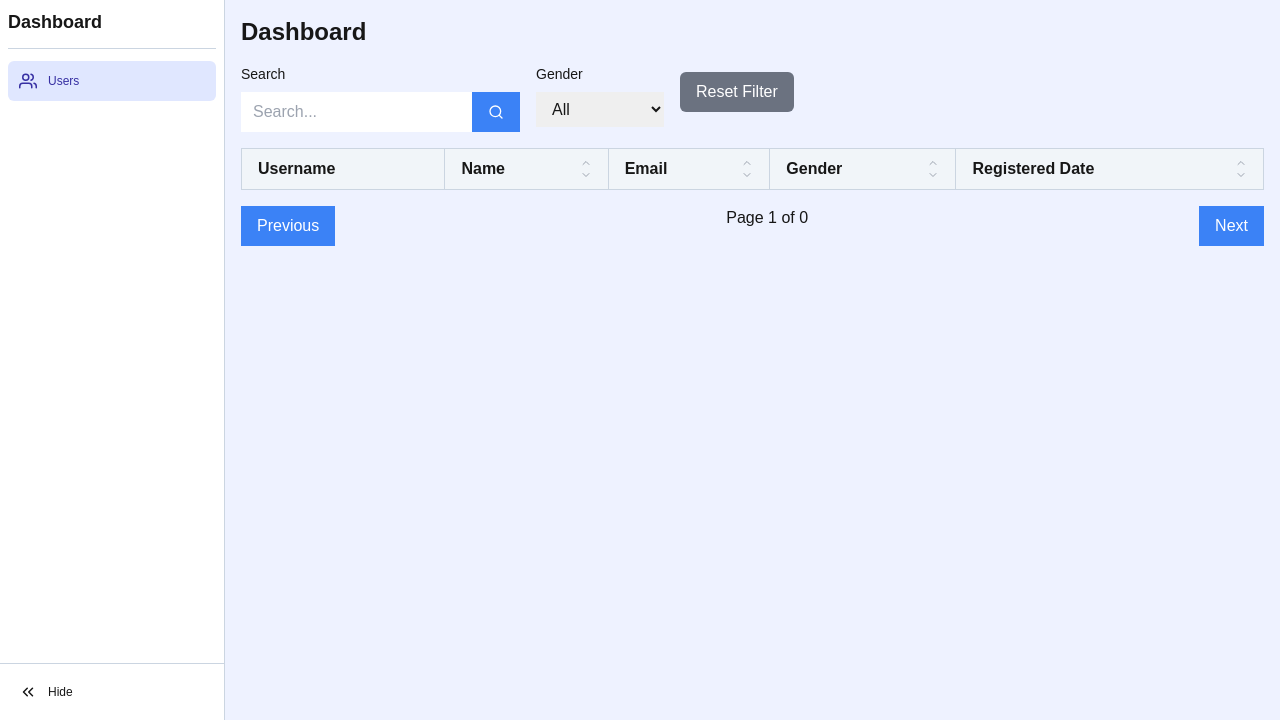
Repository: Ademaulana100499/userdashboard
Page: /
An editor plug-in stored every save of this project. The page is shown before and after the next save, followed by the edit.
The browser window is 1280 px wide. The pictures show the whole page.
The page's requests for data from a server got no answer. The project was rebuilt for these pictures with package versions that can differ from the ones it lists, and the page was loaded fresh each time. The framework's server and built-in components were replaced by stand-ins that run in the browser. No one was signed in, and anything a server would have sent is missing. Also part of the build but not shown: next.config.mjs.

Above is the page before, as saved 2025-02-14 22:08:35.

### src/pages/index.js
import React from "react";
import Sidebar from "@/components/Sidebar";
import DashboardContent from "@/components/DashboardContent";
const Dashboard = () => {
  return (
    <div className="flex bg-indigo-50">
      <Sidebar />
      <DashboardContent />
    </div>
  );
};

export default Dashboard;

### src/components/Sidebar.jsx
import React, { useState } from "react";
import { FiChevronsRight, FiUsers } from "react-icons/fi";
import { motion } from "framer-motion";
const Sidebar = () => {
  const [open, setOpen] = useState(true);
  const [selected, setSelected] = useState("Users");

  return (
    <motion.nav
      layout
      className="sticky top-0 h-screen shrink-0 border-r border-slate-300 bg-white p-2"
      style={{
        width: open ? "225px" : "fit-content",
      }}>
      <TitleSection open={open} />

      <div className="space-y-1">
        <Option
          Icon={FiUsers}
          title="Users"
          selected={selected}
          setSelected={setSelected}
          open={open}
        />
      </div>

      <ToggleClose open={open} setOpen={setOpen} />
    </motion.nav>
  );
};

const Option = ({ Icon, title, selected, setSelected, open, notifs }) => {
  return (
    <motion.button
      layout
      onClick={() => setSelected(title)}
      className={`relative flex h-10 w-full items-center rounded-md transition-colors ${
        selected === title
          ? "bg-indigo-100 text-indigo-800"
          : "text-slate-500 hover:bg-slate-100"
      }`}>
      <motion.div
        layout
        className="grid h-full w-10 place-content-center text-lg">
        <Icon />
      </motion.div>
      {open && (
        <motion.span
          layout
          initial={{ opacity: 0, y: 12 }}
          animate={{ opacity: 1, y: 0 }}
          transition={{ delay: 0.125 }}
          className="text-xs font-medium">
          {title}
        </motion.span>
      )}

      {notifs && open && (
        <motion.span
          initial={{ scale: 0, opacity: 0 }}
          animate={{
            opacity: 1,
            scale: 1,
          }}
          style={{ y: "-50%" }}
          transition={{ delay: 0.5 }}
          className="absolute right-2 top-1/2 size-4 rounded bg-indigo-500 text-xs text-white">
          {notifs}
        </motion.span>
      )}
    </motion.button>
  );
};

const TitleSection = ({ open }) => {
  return (
    <div className="mb-3 border-b border-slate-300 pb-3">
      <div className="flex cursor-pointer items-center justify-between rounded-md transition-colors hover:bg-slate-100">
        <div className="flex justify-center items-center">
          {open && (
            <motion.div
              layout
              initial={{ opacity: 0, y: 12 }}
              animate={{ opacity: 1, y: 0 }}
              transition={{ delay: 0.125 }}>
              <span className="block text-lg font-semibold">Dashboard</span>
            </motion.div>
          )}
        </div>
      </div>
    </div>
  );
};

const ToggleClose = ({ open, setOpen }) => {
  return (
    <motion.button
      layout
      onClick={() => setOpen((pv) => !pv)}
      className="absolute bottom-0 left-0 right-0 border-t border-slate-300 transition-colors hover:bg-slate-100">
      <div className="flex items-center p-2">
        <motion.div
          layout
          className="grid size-10 place-content-center text-lg">
          <FiChevronsRight
            className={`transition-transform ${open && "rotate-180"}`}
          />
        </motion.div>
        {open && (
          <motion.span
            layout
            initial={{ opacity: 0, y: 12 }}
            animate={{ opacity: 1, y: 0 }}
            transition={{ delay: 0.125 }}
            className="text-xs font-medium">
            Hide
          </motion.span>
        )}
      </div>
    </motion.button>
  );
};

export default Sidebar;

### src/components/DashboardContent.jsx
import { FiChevronUp, FiChevronDown } from "react-icons/fi";
import { useState, useEffect } from "react";
import { FiSearch } from "react-icons/fi";

const DashboardContent = () => {
  const [data, setData] = useState([]);
  const [filteredData, setFilteredData] = useState([]); // For filtered data
  const [sortConfig, setSortConfig] = useState({ key: null, direction: null });
  const [selectedGender, setSelectedGender] = useState("all"); // Gender filter state
  const [searchKeyword, setSearchKeyword] = useState(""); // For search keyword
  const [currentPage, setCurrentPage] = useState(1); // Track current page
  const itemsPerPage = 5; // Number of items to display per page

  const fetchData = async () => {
    try {
      const response = await fetch(`https://randomuser.me/api/?results=10`);
      const result = await response.json();
      setData(result.results);
      setFilteredData(result.results); // Initialize filteredData with all data
    } catch (error) {
      console.error("Error fetching data:", error);
    }
  };

  useEffect(() => {
    fetchData();
  }, []);

  const handleSort = (key) => {
    let direction = "asc";
    if (sortConfig.key === key && sortConfig.direction === "asc") {
      direction = "desc";
    }
    setSortConfig({ key, direction });

    setFilteredData((prevData) =>
      [...prevData].sort((a, b) => {
        const valueA = getNestedValue(a, key);
        const valueB = getNestedValue(b, key);

        if (valueA < valueB) return direction === "asc" ? -1 : 1;
        if (valueA > valueB) return direction === "asc" ? 1 : -1;
        return 0;
      })
    );
  };

  const handleSearch = () => {
    // Filter data based on searchKeyword only when the search button is clicked
    const filtered = data.filter((user) =>
      `${user.name.first} ${user.name.last}`
        .toLowerCase()
        .includes(searchKeyword.toLowerCase())
    );
    setFilteredData(filtered);
  };

  const handleGenderFilter = (gender) => {
    setSelectedGender(gender);
    if (gender === "all") {
      setFilteredData(data); // Show all data if "All" is selected
    } else {
      const filtered = data.filter((user) => user.gender === gender);
      setFilteredData(filtered); // Filter based on selected gender
    }
  };

  const handleResetFilter = () => {
    // Reset filters
    setSelectedGender("all");
    setSearchKeyword("");
    setFilteredData(data); // Reset filtered data to the original
  };

  const getNestedValue = (obj, path) => {
    return path
      .split(".")
      .reduce((acc, key) => (acc && acc[key] ? acc[key] : ""), obj);
  };

  const getSortIconStyle = (key) => {
    return sortConfig.key === key ? "text-black" : "text-gray-400";
  };

  // Paginate the filtered data based on the current page
  const paginateData = (data) => {
    const indexOfLastItem = currentPage * itemsPerPage;
    const indexOfFirstItem = indexOfLastItem - itemsPerPage;
    return data.slice(indexOfFirstItem, indexOfLastItem);
  };

  // Handle page change
  const handlePageChange = (page) => {
    setCurrentPage(page);
  };

  // Calculate total pages based on filtered data
  const totalPages = Math.ceil(filteredData.length / itemsPerPage);

  return (
    <div className="flex-1 p-4">
      <h1 className="text-2xl font-semibold mb-4">Dashboard</h1>
      <div className="flex gap-4  items-start mb-4">
        {/* Search */}
        <div className="flex flex-col  gap-2">
          <label htmlFor="search" className="text-sm">
            Search
          </label>
          <div className="flex items-center">
            <input
              type="text"
              id="search"
              value={searchKeyword}
              onChange={(e) => setSearchKeyword(e.target.value)} // Update search keyword
              placeholder="Search..."
              className=" px-3 py-2"
            />
            <button
              type="button"
              onClick={handleSearch}
              className="bg-blue-500  text-white px-4 py-3  hover:bg-blue-600">
              <FiSearch />
            </button>
          </div>
        </div>

        {/* Gender Filter */}
        <div className="flex flex-col gap-2">
          <label htmlFor="gender" className="text-sm">
            Gender
          </label>
          <select
            name="gender"
            id="gender"
            value={selectedGender}
            onChange={(e) => handleGenderFilter(e.target.value)} // Update gender filter
            className="w-32 px-3 py-2 text-left">
            <option value="all">All</option>
            <option value="male">Male</option>
            <option value="female">Female</option>
          </select>
        </div>

        {/* Reset Filter Button */}
        <div className="flex flex-col items-start gap-2">
          {/* Reset Filter Button */}
          <button
            type="button"
            onClick={handleResetFilter}
            className="bg-gray-500 text-white px-4 py-2 rounded-md hover:bg-gray-600 mt-2">
            Reset Filter
          </button>
        </div>
      </div>

      <table className="min-w-full table-auto border-collapse border border-slate-300 mt-4">
        <thead>
          <tr className="bg-slate-100">
            <th className="border border-slate-300 px-4 py-2 text-left">
              Username
            </th>
            <th className="border border-slate-300 px-4 py-2 text-left">
              <div className="flex justify-between items-center">
                <span>Name</span>
                <div className="flex flex-col items-center">
                  <FiChevronUp
                    onClick={() => handleSort("name.first")}
                    className={`text-xs cursor-pointer ${getSortIconStyle(
                      "name.first"
                    )}`}
                  />
                  <FiChevronDown
                    onClick={() => handleSort("name.first")}
                    className={`text-xs cursor-pointer ${getSortIconStyle(
                      "name.first"
                    )}`}
                  />
                </div>
              </div>
            </th>
            <th className="border border-slate-300 px-4 py-2 text-left">
              <div className="flex justify-between items-center">
                <span>Email</span>
                <div className="flex flex-col items-center">
                  <FiChevronUp
                    onClick={() => handleSort("email")}
                    className={`text-xs cursor-pointer ${getSortIconStyle(
                      "email"
                    )}`}
                  />
                  <FiChevronDown
                    onClick={() => handleSort("email")}
                    className={`text-xs cursor-pointer ${getSortIconStyle(
                      "email"
                    )}`}
                  />
                </div>
              </div>
            </th>
            <th className="border border-slate-300 px-4 py-2 text-left">
              <div className="flex justify-between items-center">
                <span>Gender</span>
                <div className="flex flex-col items-center">
                  <FiChevronUp
                    onClick={() => handleSort("gender")}
                    className={`text-xs cursor-pointer ${getSortIconStyle(
                      "gender"
                    )}`}
                  />
                  <FiChevronDown
                    onClick={() => handleSort("gender")}
                    className={`text-xs cursor-pointer ${getSortIconStyle(
                      "gender"
                    )}`}
                  />
                </div>
              </div>
            </th>
            <th className="border border-slate-300 px-4 py-2 text-left">
              <div className="flex justify-between items-center">
                <span>Registered Date</span>
                <div className="flex flex-col items-center">
                  <FiChevronUp
                    onClick={() => handleSort("registered.date")}
                    className={`text-xs cursor-pointer ${getSortIconStyle(
                      "registered.date"
                    )}`}
                  />
                  <FiChevronDown
                    onClick={() => handleSort("registered.date")}
                    className={`text-xs cursor-pointer ${getSortIconStyle(
                      "registered.date"
                    )}`}
                  />
                </div>
              </div>
            </th>
          </tr>
        </thead>
        <tbody>
          {paginateData(filteredData).map((user, index) => (
            <tr key={index} className="hover:bg-slate-50">
              <td className="border border-slate-300 px-4 py-2">
                {user.login.username}
              </td>
              <td className="border border-slate-300 px-4 py-2">
                {user.name.title} {user.name.first} {user.name.last}
              </td>
              <td className="border border-slate-300 px-4 py-2">
                {user.email}
              </td>
              <td className="border border-slate-300 px-4 py-2">
                {user.gender}
              </td>
              <td className="border border-slate-300 px-4 py-2">
                {new Date(user.registered.date)
                  .toLocaleString("id-ID", {
                    day: "2-digit",
                    month: "2-digit",
                    year: "numeric",
                    hour: "2-digit",
                    minute: "2-digit",
                  })
                  .replace(",", "")
                  .replace("/", "-")
                  .replace("/", "-")
                  .replace(".", ":")}
              </td>
            </tr>
          ))}
        </tbody>
      </table>

      {/* Pagination controls */}
      <div className="flex justify-between mt-4">
        <button
          onClick={() => handlePageChange(currentPage - 1)}
          disabled={currentPage === 1}
          className="px-4 py-2 bg-blue-500 text-white">
          Previous
        </button>
        <span>
          Page {currentPage} of {totalPages}
        </span>
        <button
          onClick={() => handlePageChange(currentPage + 1)}
          disabled={currentPage === totalPages}
          className="px-4 py-2 bg-blue-500 text-white">
          Next
        </button>
      </div>
    </div>
  );
};

export default DashboardContent;

Loaded but not shown: src/pages/_app.js (common file); src/pages/_document.js (common file); src/styles/globals.css (common file); tailwind.config.mjs (common file)

After the next save:
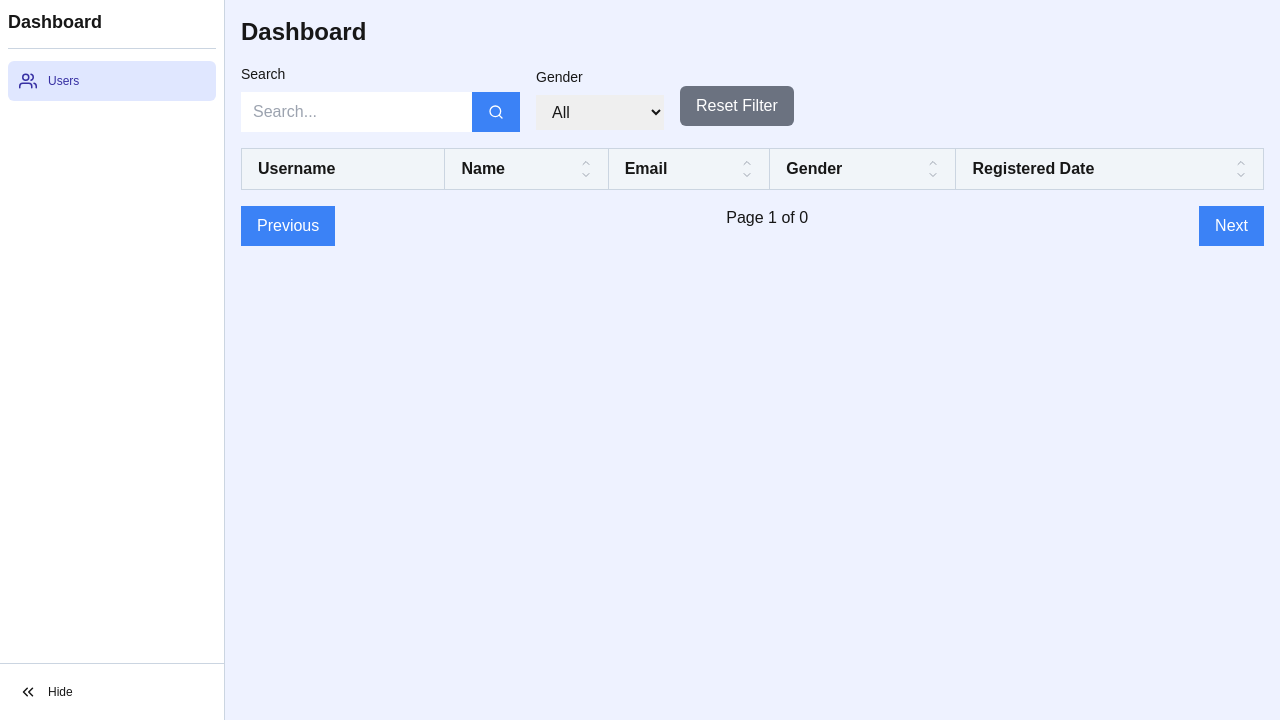
Saved 60 s later.
--- a/src/components/DashboardContent.jsx
+++ b/src/components/DashboardContent.jsx
@@ -100,7 +100,7 @@ const DashboardContent = () => {
   return (
     <div className="flex-1 p-4">
       <h1 className="text-2xl font-semibold mb-4">Dashboard</h1>
-      <div className="flex gap-4  items-start mb-4">
+      <div className="flex gap-4 items-center mb-4">
         {/* Search */}
         <div className="flex flex-col  gap-2">
           <label htmlFor="search" className="text-sm">
@@ -143,6 +143,7 @@ const DashboardContent = () => {
 
         {/* Reset Filter Button */}
         <div className="flex flex-col items-start gap-2">
+          <div></div>
           {/* Reset Filter Button */}
           <button
             type="button"
